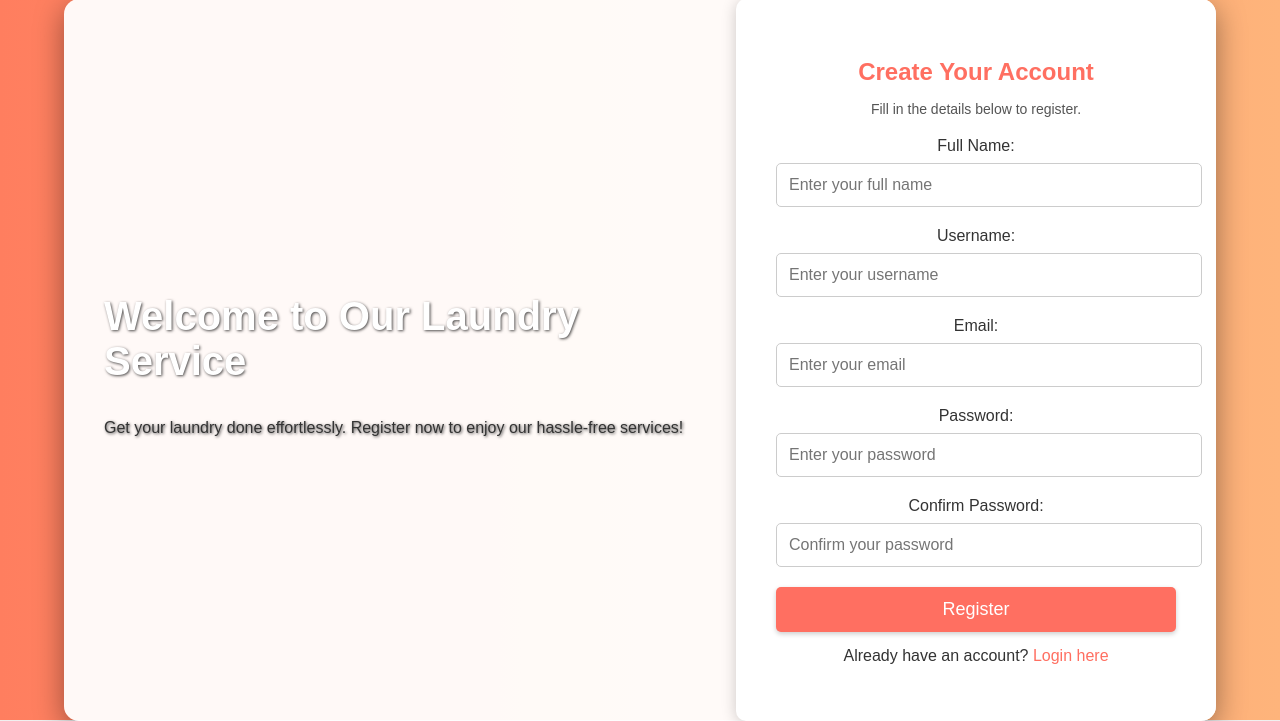
Repository: wmrmweerakoon/Online-Laundry-Management-System
Page: http://localhost/LaundryManagementSystem/Register.jsp
The author's editor kept a copy of each file at every save. The page is drawn from the files as they stood at one save, then again after the next save.
The browser window is 1280 px wide. The pictures show the whole page.
The page is served by Tomcat 9. Other server files are loaded and not shown.

Above is the page before, as saved 2024-10-13 10:38:48.

### Projects/LaundryManagementSystem/src/main/webapp/Register.jsp
<%@ page language="java" contentType="text/html; charset=UTF-8" pageEncoding="UTF-8"%>
<!DOCTYPE html>
<html lang="en">
<head>
    <meta charset="UTF-8">
    <meta name="viewport" content="width=device-width, initial-scale=1.0">
    <title>Register - Online Laundry Management System</title>
    <link rel="stylesheet" href="CSS/Register.css">
</head>
<body>
    <div class="register-background">
        <div class="content-container">
            <div class="text-content">
                <h1>Welcome to Our Laundry Service</h1>
                <p>Get your laundry done effortlessly. Register now to enjoy our hassle-free services!</p>
            </div>

            <div class="register-container">
                <h2>Create Your Account</h2>
                <p class="info-text">Fill in the details below to register.</p>

                <form id="registerForm" action="RegisterServlet" method="POST" onsubmit="return validateForm()">
                    <div class="form-group">
                        <label for="fullname">Full Name:</label>
                        <input type="text" id="fullname" name="fullname" placeholder="Enter your full name" required>
                    </div>
                    <div class="form-group">
                        <label for="username">Username:</label>
                        <input type="text" id="username" name="username" placeholder="Enter your username" required>
                    </div>
                    <div class="form-group">
                        <label for="email">Email:</label>
                        <input type="email" id="email" name="email" placeholder="Enter your email" required>
                    </div>
                    <div class="form-group">
                        <label for="password">Password:</label>
                        <input type="password" id="password" name="password" placeholder="Enter your password" required>
                    </div>
                    <div class="form-group">
                        <label for="confirmPassword">Confirm Password:</label>
                        <input type="password" id="confirmPassword" name="confirmPassword" placeholder="Confirm your password" required>
                    </div>
                    <button type="submit">Register</button>
                </form>
                <p>Already have an account? <a href="Login.jsp">Login here</a></p>
            </div>
        </div>
    </div>

    <script>
        // Validation script remains unchanged
        function validateForm() {
            const fullname = document.getElementById('fullname').value.trim();
            const username = document.getElementById('username').value.trim();
            const email = document.getElementById('email').value.trim();
            const password = document.getElementById('password').value;
            const confirmPassword = document.getElementById('confirmPassword').value;

            let valid = true;
            let errorMessage = "";

            clearErrors();

            // Validate Full Name
            if (fullname === "") {
                valid = false;
                errorMessage = "Full Name is required.";
                showError('fullname', errorMessage);
            }

            // Validate Username
            if (username === "") {
                valid = false;
                errorMessage = "Username is required.";
                showError('username', errorMessage);
            }

            // Validate Email
            if (email === "") {
                valid = false;
                errorMessage = "Email is required.";
                showError('email', errorMessage);
            } else if (!validateEmail(email)) {
                valid = false;
                errorMessage = "Invalid email format.";
                showError('email', errorMessage);
            }

            // Validate Password
            if (password === "") {
                valid = false;
                errorMessage = "Password is required.";
                showError('password', errorMessage);
            } else if (password.length < 8) {
                valid = false;
                errorMessage = "Password must be at least 8 characters long.";
                showError('password', errorMessage);
            }

            // Validate Confirm Password
            if (confirmPassword === "") {
                valid = false;
                errorMessage = "Please confirm your password.";
                showError('confirmPassword', errorMessage);
            } else if (password !== confirmPassword) {
                valid = false;
                errorMessage = "Passwords do not match.";
                showError('confirmPassword', errorMessage);
            }

            return valid;
        }

        function showError(inputId, message) {
            const errorElement = document.createElement('span');
            errorElement.className = 'error';
            errorElement.textContent = message;

            const inputField = document.getElementById(inputId);
            inputField.parentNode.insertBefore(errorElement, inputField.nextSibling);
        }

        function clearErrors() {
            const errorElements = document.querySelectorAll('.error');
            errorElements.forEach(element => {
                element.remove();
            });
        }

        function validateEmail(email) {
            const emailPattern = /^[^\s@]+@[^\s@]+\.[^\s@]+$/;
            return emailPattern.test(email);
        }
    </script>
</body>
</html>

### Projects/LaundryManagementSystem/src/main/webapp/CSS/Register.css
body {
    font-family: 'Arial', sans-serif;
    margin: 0;
    padding: 0;
    background-color: #f0f0f0; /* Light background for contrast */
}

.register-background {
    background: linear-gradient(to right, #ff7e5f, #feb47b); /* Colorful gradient */
    display: flex;
    justify-content: center;
    align-items: center;
    height: 100vh;
    position: relative;
    animation: gradientAnimation 15s ease infinite; /* Animation for gradient background */
}

@keyframes gradientAnimation {
    0% { background-position: 0% 50%; }
    50% { background-position: 100% 50%; }
    100% { background-position: 0% 50%; }
}

.content-container {
    display: flex;
    width: 90%;
    max-width: 1200px;
    background: rgba(255, 255, 255, 0.95); /* Slightly transparent background for content */
    border-radius: 15px; /* More rounded corners */
    box-shadow: 0 8px 30px rgba(0, 0, 0, 0.4); /* Deeper shadow for better depth */
    overflow: hidden;
}

.text-content {
    flex: 1;
    padding: 40px; /* Increased padding */
    display: flex;
    flex-direction: column;
    justify-content: center;
    text-shadow: 1px 1px 3px rgba(0, 0, 0, 0.7);
}

h1 {
    font-size: 2.5em;
    color: #fff; /* White text for contrast */
    margin-bottom: 20px;
}

.register-container {
    padding: 40px;
    width: 400px;
    text-align: center;
    background: #fff; /* Solid white for the form area */
    box-shadow: 0 2px 15px rgba(0, 0, 0, 0.2); /* Softer shadow for the form area */
    border-radius: 10px;
}

h2 {
    color: #ff6f61;
    margin-bottom: 15px;
}

.info-text {
    font-size: 14px;
    color: #555; /* Dark gray for less emphasis */
    margin-bottom: 20px;
}

.form-group {
    margin-bottom: 20px;
}

label {
    font-size: 16px;
    color: #333;
}

input[type="text"],
input[type="email"],
input[type="password"] {
    width: 100%;
    padding: 12px;
    margin-top: 8px;
    border: 1px solid #ccc;
    border-radius: 5px;
    font-size: 16px;
    transition: border-color 0.3s;
}

input:focus {
    border-color: #ff6f61; /* Highlight border color on focus */
    outline: none; /* Remove default outline */
}

button {
    width: 100%;
    padding: 12px;
    background-color: #ff6f61;
    color: #fff;
    border: none;
    border-radius: 5px;
    font-size: 18px;
    cursor: pointer;
    transition: background-color 0.3s, transform 0.2s; /* Added transform for hover effect */
    box-shadow: 0 2px 5px rgba(0, 0, 0, 0.2); /* Shadow for button */
}

button:hover {
    background-color: #ff4824; /* Darker shade on hover */
    transform: translateY(-2px); /* Button lift effect */
}

.error {
    color: red;
    font-size: 14px;
    margin-top: 5px;
    background-color: #ffe6e6; /* Light red background for errors */
    padding: 5px; /* Padding for error messages */
    border-radius: 3px; /* Slightly rounded corners */
}

p {
    margin-top: 15px;
    color: #333;
}

p a {
    color: #ff6f61;
    text-decoration: none;
}

p a:hover {
    text-decoration: underline;
}

After the next save:
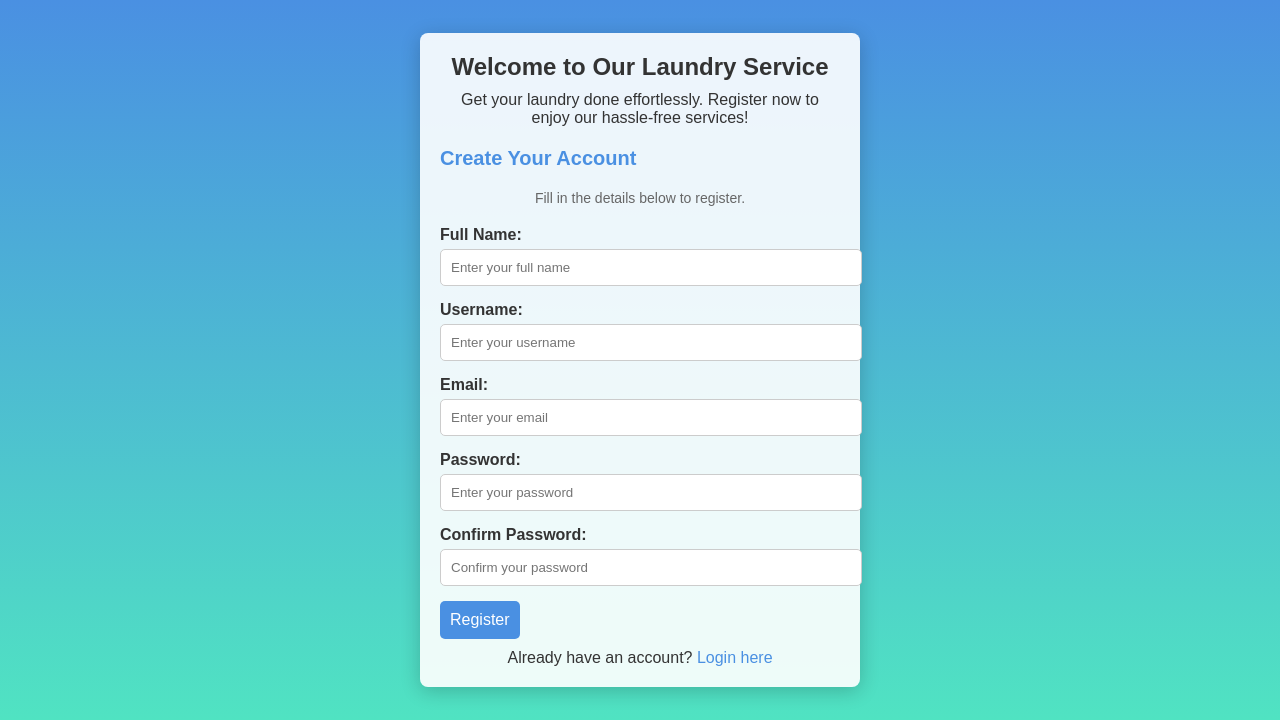
Saved 64 s later.
--- a/Projects/LaundryManagementSystem/src/main/webapp/CSS/Register.css
+++ b/Projects/LaundryManagementSystem/src/main/webapp/CSS/Register.css
@@ -1,134 +1,121 @@
+/* Reset some default styles */
+body, h1, h2, p {
+    margin: 0;
+    padding: 0;
+}
+
+/* Set a background for the entire body */
 body {
     font-family: 'Arial', sans-serif;
-    margin: 0;
-    padding: 0;
-    background-color: #f0f0f0; /* Light background for contrast */
-}
-
-.register-background {
-    background: linear-gradient(to right, #ff7e5f, #feb47b); /* Colorful gradient */
+    background: linear-gradient(to bottom, #4A90E2, #50E3C2);
+    color: #333;
     display: flex;
     justify-content: center;
     align-items: center;
     height: 100vh;
-    position: relative;
-    animation: gradientAnimation 15s ease infinite; /* Animation for gradient background */
 }
 
-@keyframes gradientAnimation {
-    0% { background-position: 0% 50%; }
-    50% { background-position: 100% 50%; }
-    100% { background-position: 0% 50%; }
+/* Main container for the registration content */
+.register-background {
+    background-color: rgba(255, 255, 255, 0.9);
+    border-radius: 8px;
+    box-shadow: 0 4px 20px rgba(0, 0, 0, 0.2);
+    padding: 20px;
+    width: 90%;
+    max-width: 400px;
 }
 
-.content-container {
-    display: flex;
-    width: 90%;
-    max-width: 1200px;
-    background: rgba(255, 255, 255, 0.95); /* Slightly transparent background for content */
-    border-radius: 15px; /* More rounded corners */
-    box-shadow: 0 8px 30px rgba(0, 0, 0, 0.4); /* Deeper shadow for better depth */
-    overflow: hidden;
-}
-
+/* Text content styling */
 .text-content {
-    flex: 1;
-    padding: 40px; /* Increased padding */
-    display: flex;
-    flex-direction: column;
-    justify-content: center;
-    text-shadow: 1px 1px 3px rgba(0, 0, 0, 0.7);
+    text-align: center;
+    margin-bottom: 20px;
 }
 
 h1 {
-    font-size: 2.5em;
-    color: #fff; /* White text for contrast */
-    margin-bottom: 20px;
-}
-
-.register-container {
-    padding: 40px;
-    width: 400px;
-    text-align: center;
-    background: #fff; /* Solid white for the form area */
-    box-shadow: 0 2px 15px rgba(0, 0, 0, 0.2); /* Softer shadow for the form area */
-    border-radius: 10px;
+    font-size: 24px;
+    margin-bottom: 10px;
 }
 
 h2 {
-    color: #ff6f61;
-    margin-bottom: 15px;
+    font-size: 20px;
+    color: #4A90E2;
+    margin-bottom: 10px;
 }
 
 .info-text {
     font-size: 14px;
-    color: #555; /* Dark gray for less emphasis */
+    color: #666;
     margin-bottom: 20px;
 }
 
+/* Register form container */
+.register-container {
+    display: flex;
+    flex-direction: column;
+}
+
+/* Form group styles */
 .form-group {
-    margin-bottom: 20px;
+    margin-bottom: 15px;
 }
 
 label {
-    font-size: 16px;
-    color: #333;
+    font-weight: bold;
+    display: block;
+    margin-bottom: 5px;
 }
 
 input[type="text"],
 input[type="email"],
 input[type="password"] {
     width: 100%;
-    padding: 12px;
-    margin-top: 8px;
+    padding: 10px;
     border: 1px solid #ccc;
     border-radius: 5px;
-    font-size: 16px;
     transition: border-color 0.3s;
 }
 
-input:focus {
-    border-color: #ff6f61; /* Highlight border color on focus */
-    outline: none; /* Remove default outline */
+input[type="text"]:focus,
+input[type="email"]:focus,
+input[type="password"]:focus {
+    border-color: #4A90E2;
+    outline: none;
 }
 
+/* Error message styling */
+.error {
+    color: red;
+    font-size: 12px;
+    margin-top: 5px;
+}
+
+/* Button styles */
 button {
-    width: 100%;
-    padding: 12px;
-    background-color: #ff6f61;
-    color: #fff;
+    background-color: #4A90E2;
+    color: white;
     border: none;
     border-radius: 5px;
-    font-size: 18px;
+    padding: 10px;
     cursor: pointer;
-    transition: background-color 0.3s, transform 0.2s; /* Added transform for hover effect */
-    box-shadow: 0 2px 5px rgba(0, 0, 0, 0.2); /* Shadow for button */
+    font-size: 16px;
+    transition: background-color 0.3s;
 }
 
 button:hover {
-    background-color: #ff4824; /* Darker shade on hover */
-    transform: translateY(-2px); /* Button lift effect */
+    background-color: #357ABD;
 }
 
-.error {
-    color: red;
-    font-size: 14px;
-    margin-top: 5px;
-    background-color: #ffe6e6; /* Light red background for errors */
-    padding: 5px; /* Padding for error messages */
-    border-radius: 3px; /* Slightly rounded corners */
+/* Link styles */
+p {
+    text-align: center;
+    margin-top: 10px;
 }
 
-p {
-    margin-top: 15px;
-    color: #333;
-}
-
-p a {
-    color: #ff6f61;
+a {
+    color: #4A90E2;
     text-decoration: none;
 }
 
-p a:hover {
+a:hover {
     text-decoration: underline;
 }
